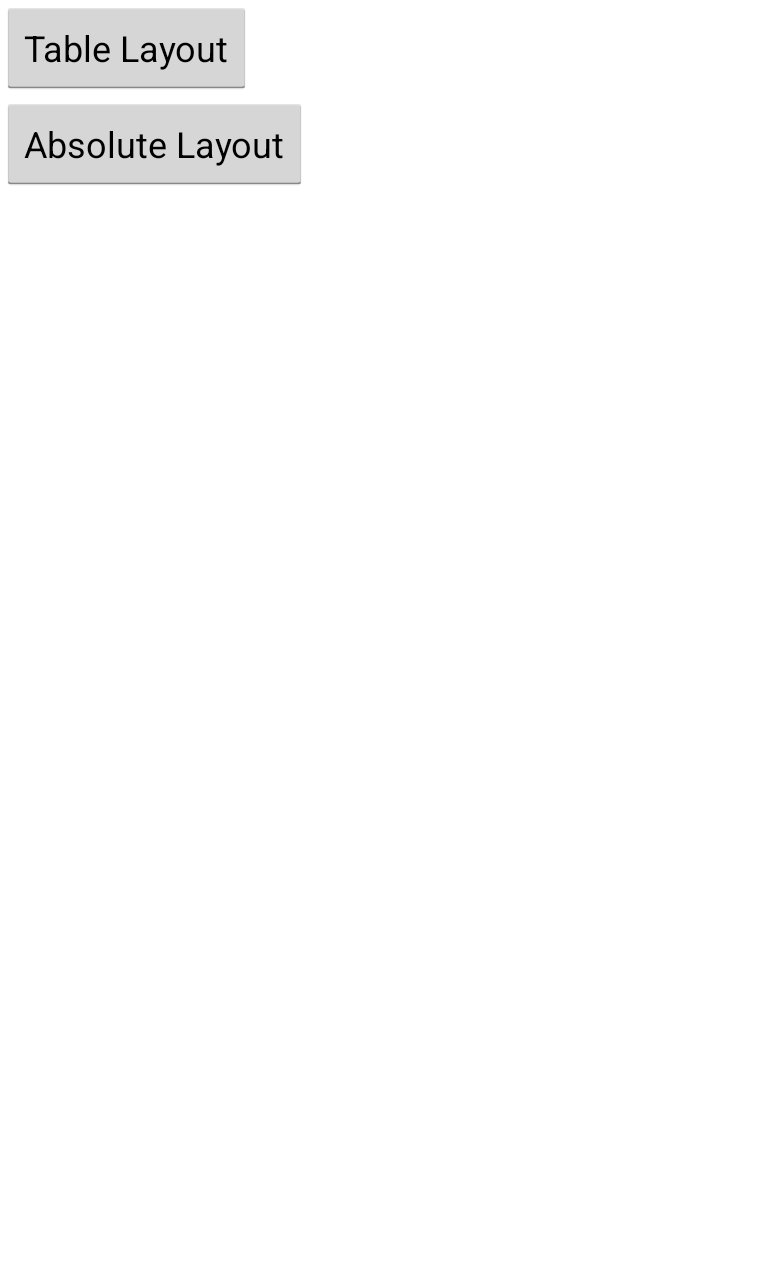
Repository: hugoM1/trainingNaranya
Layout: Layouts/res/layout/activity_home.xml
The author's editor kept a copy of each file at every save. The layout is drawn from the files as they stood at one save, then again after the next save.
It is drawn on a 768 x 1280 px phone screen (xhdpi) without system bars, with theme AppTheme; the app's code is not run.

Above is the layout before, as saved 2013-08-14 01:51:32.

### Layouts/res/layout/activity_home.xml
<?xml version="1.0" encoding="utf-8"?>
<LinearLayout
    xmlns:android="http://schemas.android.com/apk/res/android"
	android:orientation="vertical"
	android:layout_width="fill_parent"
	android:layout_height="fill_parent">

		<Button
		    android:id="@+id/Button01"
		    android:text="@string/button1"
			android:layout_width="wrap_content"
			android:layout_height="wrap_content" />

		<Button

		    android:id="@+id/Button02"
		    android:text="@string/button2"
			android:layout_width="wrap_content"
			android:layout_height="wrap_content" />

		<Button
		    />

</LinearLayout>

### Layouts/res/values/strings.xml
<?xml version="1.0" encoding="utf-8"?>
<resources>

    <string name="app_name">Layouts</string>
    <string name="action_settings">Settings</string>
    <string name="hello_world">Hello world!</string>
    <string name="button1">Table Layout</string>
    <string name="button2">Absolute Layout</string>
    <string name="button3">Relative Layout</string>
    <string name="button4">Frame LAyout</string>

</resources>

Loaded but not shown: Layouts/res/values/styles.xml (common file); Layouts/res/values-v11/styles.xml (common file); Layouts/res/values-v14/styles.xml (common file)

After the next save:
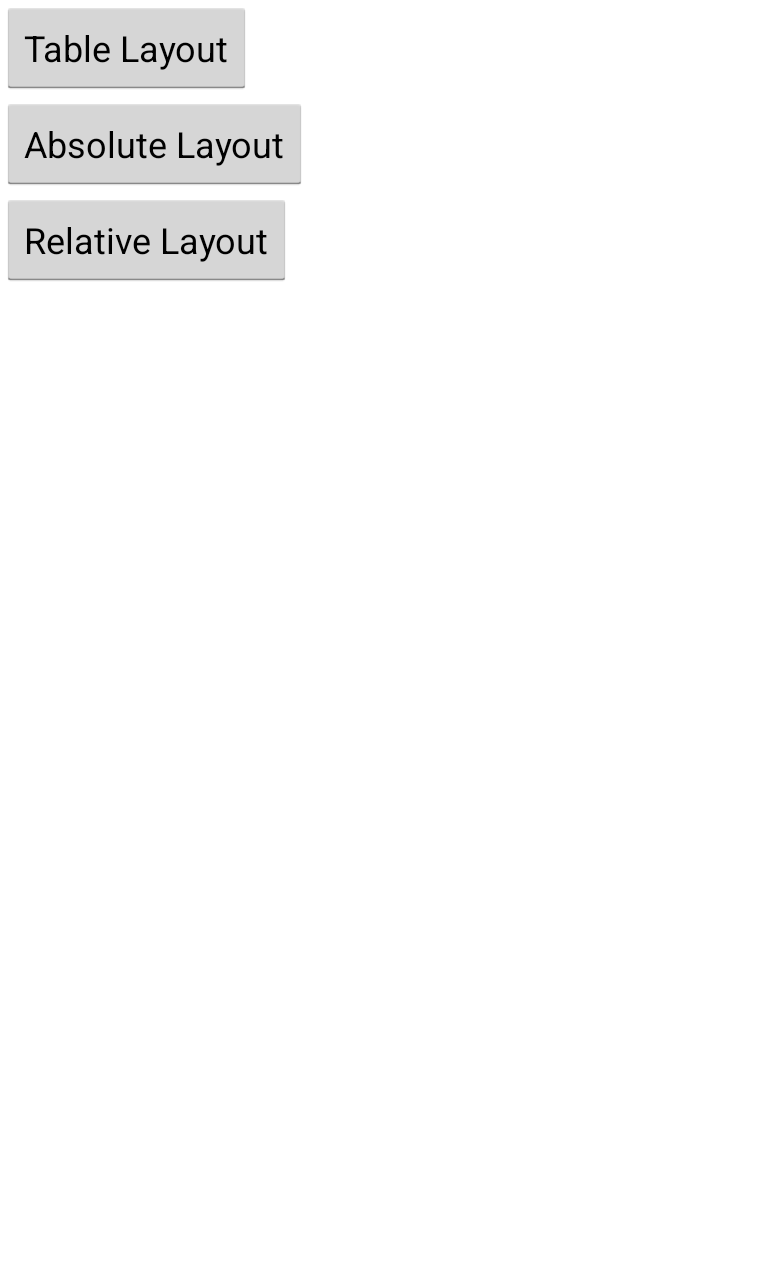
Saved 56 s later.
--- a/Layouts/res/layout/activity_home.xml
+++ b/Layouts/res/layout/activity_home.xml
@@ -19,6 +19,9 @@
 			android:layout_height="wrap_content" />
 
 		<Button
-		    />
+		    android:id="@+id/Button03"
+		    android:text="@string/button3"
+		    android:layout_width="wrap_content"
+		    android:layout_height="wrap_content"/>
 
 </LinearLayout>
